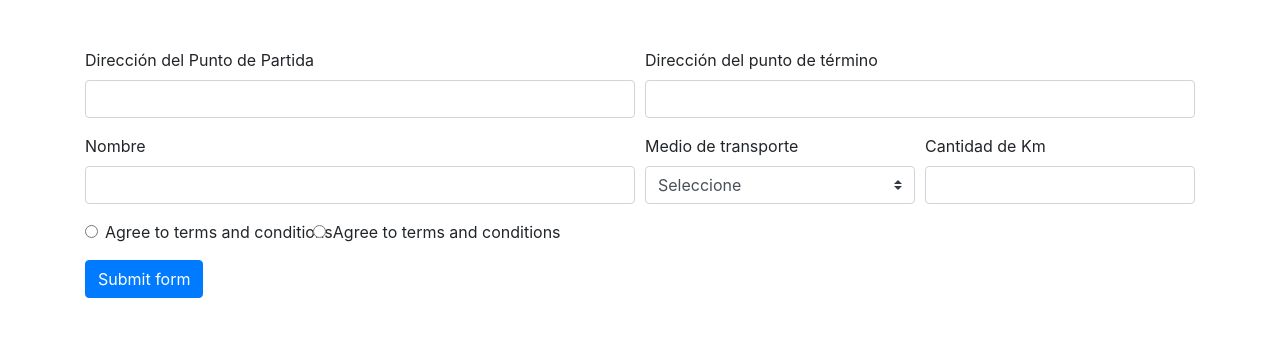
Repository: Jassan851031/foreachTask
Page: /
An editor plug-in stored every save of this project. The page is shown before and after the next save, followed by the edit.
The browser window is 1280 px wide. The pictures show the whole page.
The project was rebuilt for these pictures with package versions that can differ from the ones it lists, and the page was loaded fresh each time. Also part of the build but not shown: src/App.css.

Above is the page before, as saved 2020-03-23 15:08:11.

After the next save:
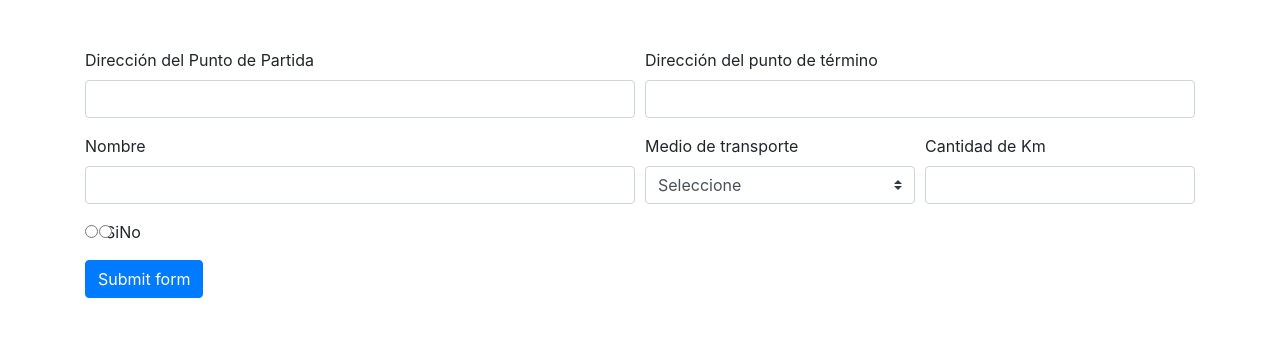
Saved 33 s later.
--- a/src/App.js
+++ b/src/App.js
@@ -40,13 +40,9 @@ function App() {
             <div className="form-group">
               <div className="form-check">
                 <input className="form-check-input" type="radio" value="" id="invalidCheck1" required />
-                <label className="form-check-label" for="invalidCheck1">
-                  Agree to terms and conditions
-                </label>
+                <label className="form-check-label" for="invalidCheck1">Si</label>
                 <input className="form-check-input" type="radio" value="" id="invalidCheck2" required />
-                <label className="form-check-label" for="invalidCheck2">
-                  Agree to terms and conditions
-                </label>
+                <label className="form-check-label" for="invalidCheck2">No</label>
               </div>
             </div>
             <button className="btn btn-primary" type="submit">Submit form</button>
